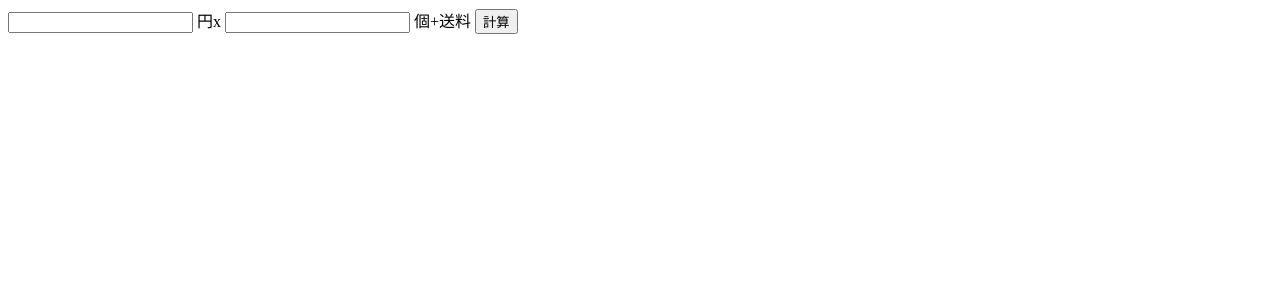
Repository: nununukibook/backup
Page: http://localhost/HelloJSP/
The author's editor kept a copy of each file at every save. The page is drawn from the files as they stood at one save, then again after the next save.
The browser window is 1280 px wide. The pictures show the whole page.
The page is served by Tomcat 9.

Above is the page before, as saved 2017-12-26 05:31:12.

After the next save:
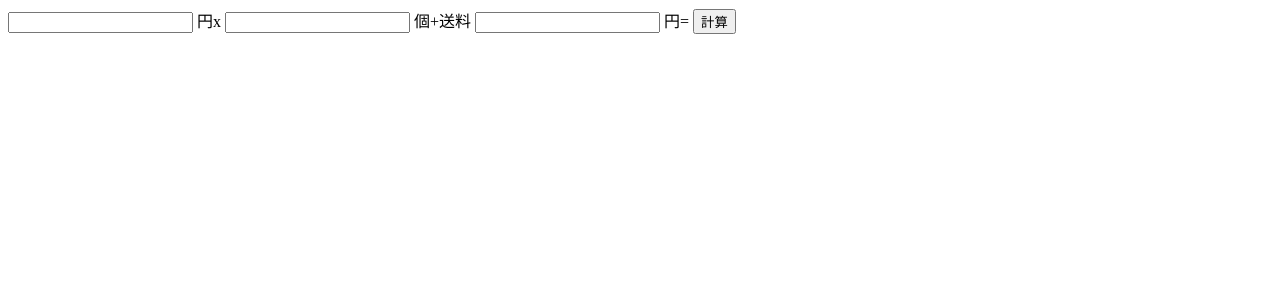
Saved 105 s later.
--- a/HelloJSP/WebContent/index.jsp
+++ b/HelloJSP/WebContent/index.jsp
@@ -7,14 +7,14 @@
 <title>TEST</title>
 </head>
 <body>
-
 <form method="post" action="total-out.jsp">
 <input type="text" name="price">
 円x
 <input type="text" name="count">
 個+送料
+<input type="text" name="delivery">
+円=
 <input type="submit" value="計算">
 </form>
-
 </body>
 </html>
